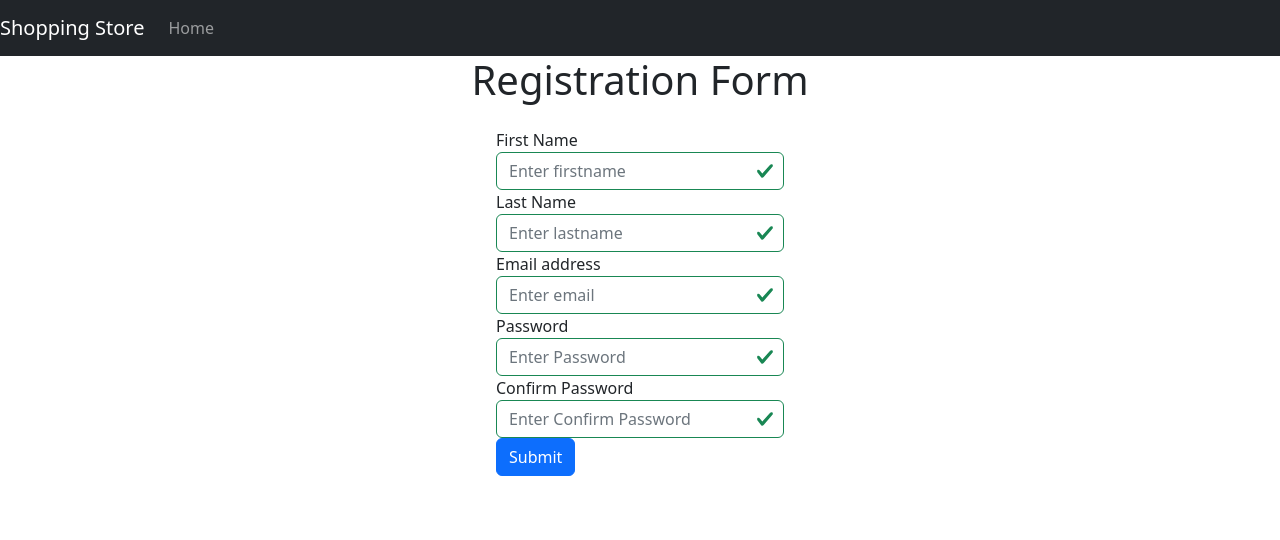
Repository: mayank-gupta0/nagarroproject
Page: http://localhost/SpringMvcServiceLayer/WEB-INF/jsp/register.jsp
These files come from the project's save history. The page is drawn as it stood at one moment and after the next save; the edit follows.
The browser window is 1280 px wide. The pictures show the whole page.
The page is served by Tomcat 9. Nobody is signed in. Other server files are loaded and not shown. The template is opened directly, without the code that normally fills it, so the values that code supplies are empty.

Above is the page before, as saved 2022-08-21 12:53:32.

### springmvcworkspace/SpringMvcServiceLayer/src/main/webapp/WEB-INF/jsp/register.jsp
<%@ page language="java" contentType="text/html; charset=ISO-8859-1"
	pageEncoding="ISO-8859-1"%>
<!DOCTYPE html>
<html>
<head>
<meta charset="ISO-8859-1">
<link
	href="https://cdn.jsdelivr.net/npm/bootstrap@5.2.0/dist/css/bootstrap.min.css"
	rel="stylesheet"
	integrity="sha384-gH2yIJqKdNHPEq0n4Mqa/HGKIhSkIHeL5AyhkYV8i59U5AR6csBvApHHNl/vI1Bx"
	crossorigin="anonymous">
<title>Registration Page</title>

</head>
<body>
	<nav class="navbar navbar-expand-lg navbar-dark bg-dark">
		<a class="navbar-brand font-weight-bold" href="home">Shopping
			Store</a>
		<button class="navbar-toggler" type="button" data-toggle="collapse"
			data-target="#navbarSupportedContent"
			aria-controls="navbarSupportedContent" aria-expanded="false"
			aria-label="Toggle navigation">
			<span class="navbar-toggler-icon"></span>
		</button>

		<div class="collapse navbar-collapse" id="navbarSupportedContent">
			<ul class="navbar-nav mr-auto">
				<li class="nav-item"><a class="nav-link" href="home">Home</a></li>

			</ul>
		</div>
	</nav>
	<h1 class="text-center">Registration Form</h1>
	<div class="container w-25 p-3">
		<form class="was-validated" id="regForm" modelAttribute="UserResponse"
			action="registerProcess" method="post">

			<div class="form-group">
				<label for="exampleInputPassword1">First Name</label> <input
					type="text" class="form-control" id="exampleInputfirstname"
					placeholder="Enter firstname" name=firstName>
				<div class="invalid-feedback">Please fill out this field.</div>
			</div>

			<div class="form-group">
				<label for="exampleInputPassword1">Last Name</label> <input
					type="text" class="form-control" id="exampleInputlastname"
					placeholder="Enter lastname" name="lastName">
			</div>

			<div class="form-group">
				<label for="exampleInputEmail1">Email address</label> <input
					type="email" class="form-control" id="exampleInputEmail1"
					aria-describedby="emailHelp" placeholder="Enter email" name="email">
			</div>

			<div class="form-group">
				<label for="exampleInputPassword1">Password</label> <input
					type="password" class="form-control" id="exampleInputPassword1"
					placeholder="Enter Password" name="password">
			</div>

			<div class="form-group">
				<label for="exampleInputPassword1">Confirm Password</label> <input
					type="password" class="form-control" id="exampleInputPassword2"
					placeholder="Enter Confirm Password" name="confirmPassword">
			</div>
			<button type="submit" class="btn btn-primary">Submit</button>
		</form>
	</div>
</body>
</html>









































<%-- <%@ taglib prefix="form" uri="http://www.springframework.org/tags/form"%>

<%@ page language="java" contentType="text/html; charset=ISO-8859-1"
	pageEncoding="ISO-8859-1"%>
<html>
<head>
<meta http-equiv="Content-Type" content="text/html; charset=ISO-8859-1">
<title>Registration</title>
</head>
<body>
	<form:form id="regForm" modelAttribute="UserResponse"
		action="registerProcess" method="post">
		<center>
			<h2>Registration :</h2>
			<hr>
		</center>
		<table align="center">
			<tr>
				<td><form:label path="firstName">FirstName</form:label></td>
				<td><form:input path="firstName" name="firstName"
						id="firstname" /></td>
			</tr>
			<tr>
				<td><form:label path="lastName">LastName</form:label></td>
				<td><form:input path="lastName" name="lastName" id="lastname" /></td>
			</tr>
			<tr>
				<td><form:label path="email">Email</form:label></td>
				<td><form:input path="email" name="email" id="email" /></td>
			</tr>
			<tr>
				<td><form:label path="password">Password</form:label></td>
				<td><form:password path="password" name="password"
						id="password" /></td>
			</tr>

			<tr>
				<td><form:label path="confirmPassword">Confirm Password</form:label></td>
				<td><form:password path="confirmPassword"
						name="confirmpassword" id="confirmPassword" /></td>
			</tr>

			<tr>
				<td></td>
				<td><form:button id="register" name="register">Register</form:button></td>
			</tr>
			<tr></tr>
			<tr>
				<td></td>
				<td><a href="index.jsp">Home</a></td>

			</tr>

		</table>
	</form:form>

</body>
</html>
 --%>

After the next save:
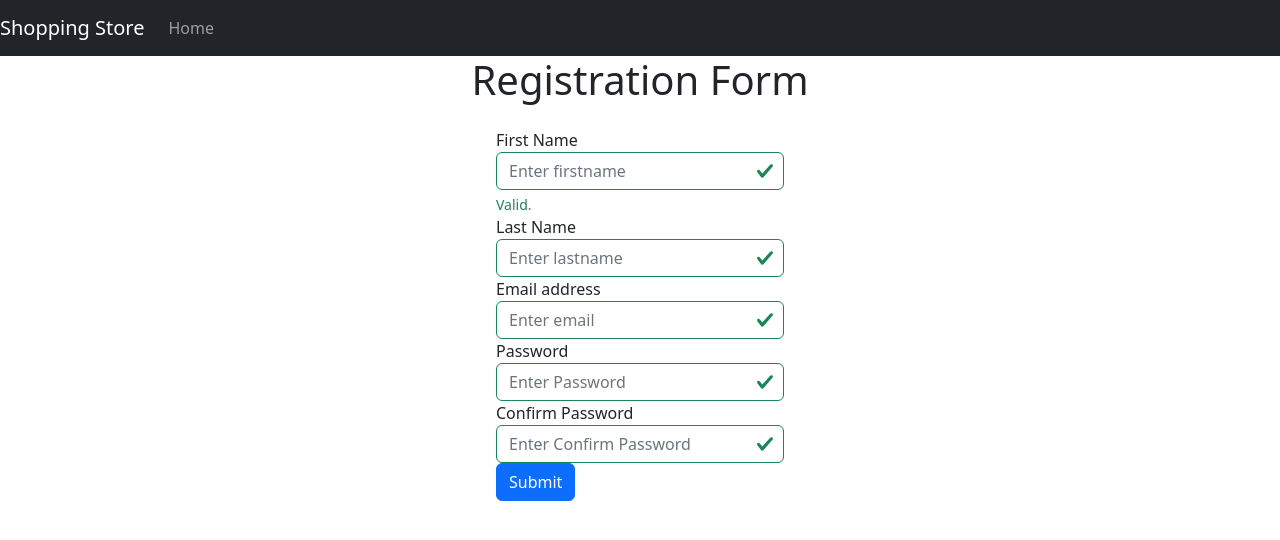
Saved 95 s later.
--- a/springmvcworkspace/SpringMvcServiceLayer/src/main/webapp/WEB-INF/jsp/register.jsp
+++ b/springmvcworkspace/SpringMvcServiceLayer/src/main/webapp/WEB-INF/jsp/register.jsp
@@ -39,6 +39,7 @@
 				<label for="exampleInputPassword1">First Name</label> <input
 					type="text" class="form-control" id="exampleInputfirstname"
 					placeholder="Enter firstname" name=firstName>
+				<div class="valid-feedback">Valid.</div>
 				<div class="invalid-feedback">Please fill out this field.</div>
 			</div>
 
